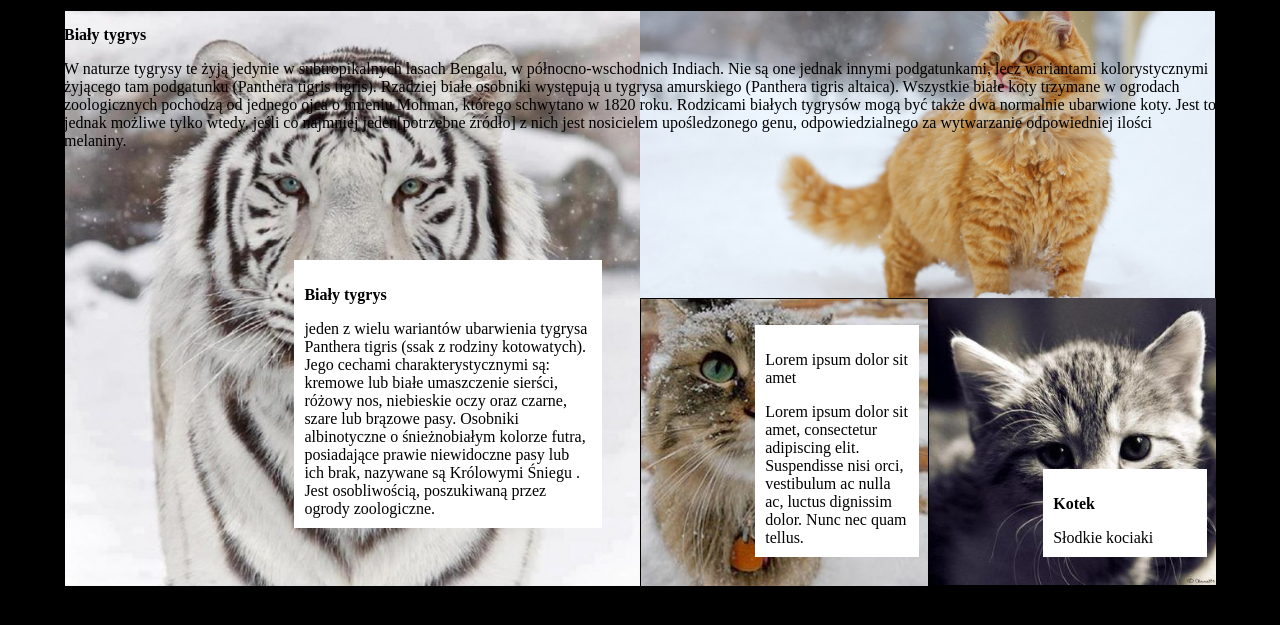
Repository: niebezsensu/Info-Folder
Page: index.html
The author's editor kept a record of every edit. The page is drawn from the files as they stood at one moment, then again after the next edit.
The browser window is 1280 px wide. The pictures show the whole page.

Above is the page before.

After the next edit:
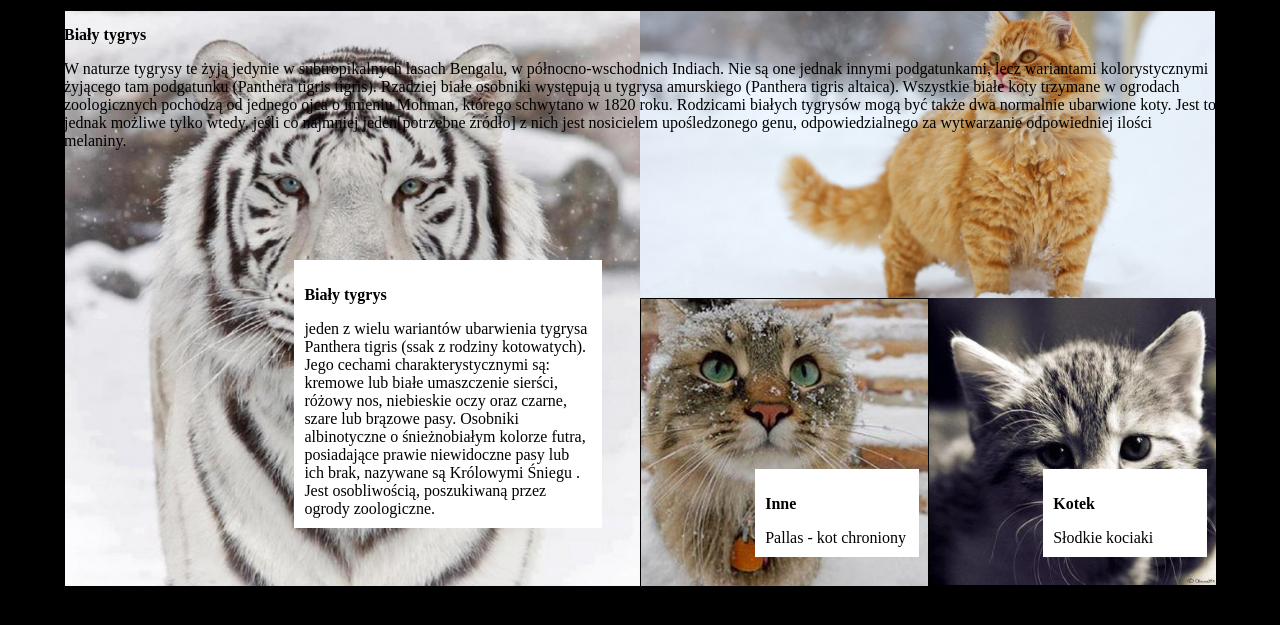
The edit:
--- a/index.html
+++ b/index.html
@@ -56,8 +56,8 @@
 
         </div>
         <div class="content">
-            <p>Lorem ipsum dolor sit amet</p>
-            <span>Lorem ipsum dolor sit amet, consectetur adipiscing elit. Suspendisse nisi orci, vestibulum ac nulla ac, luctus dignissim dolor. Nunc nec quam tellus.</span>
+            <p><b>Inne</b></p>
+            <span>Pallas - kot chroniony</span>
         </div>
     </div>
     <div id="first-slider"></div>
